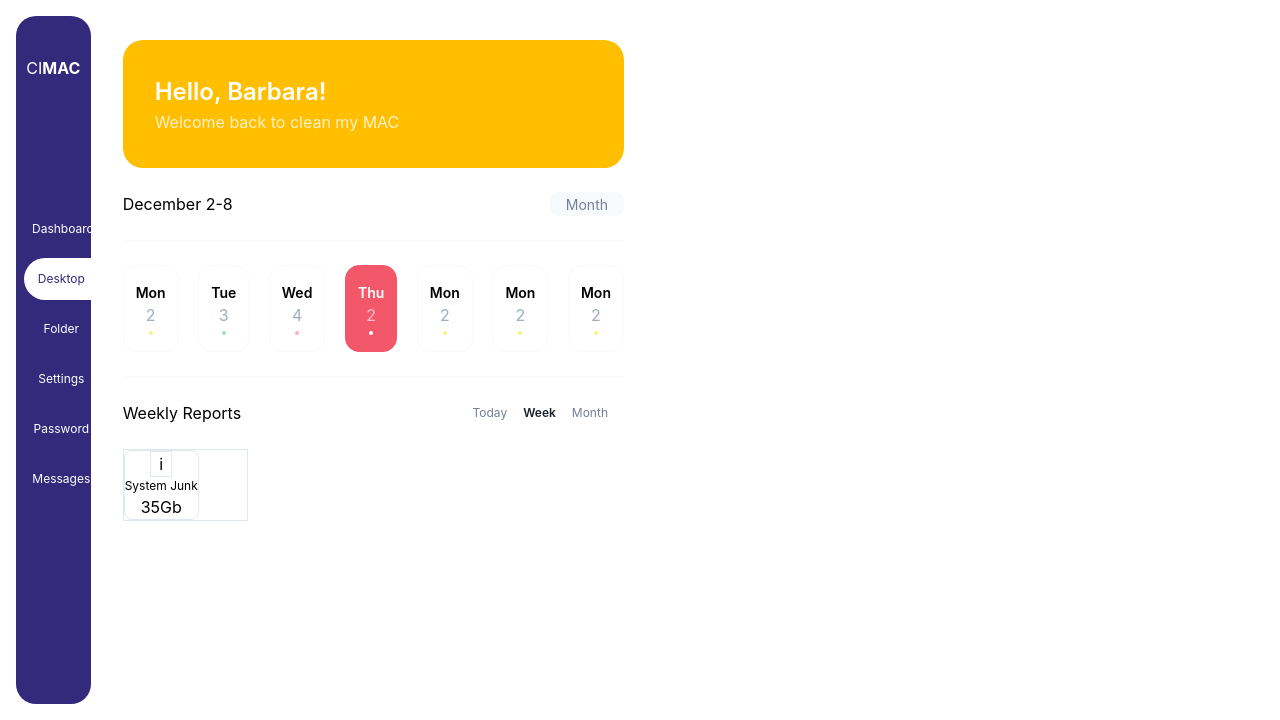
Repository: charleyvibez/experiment-Utility-software-UI
Page: index.html
The author's editor kept a copy of each file at every save. The page is drawn from the files as they stood at one save, then again after a run of saves.
The browser window is 1280 px wide. The pictures show the whole page.

Above is the page before, as saved 2020-03-18 00:45:16.

### index.html
<!DOCTYPE html>
<html lang="en">
<head>
  <meta charset="UTF-8">
  <meta name="viewport" content="width=device-width, initial-scale=1.0">

  <link rel="stylesheet" href="tailwind.css">
  <link rel="stylesheet" href="index.css">
  <title>Document</title>
</head>
<body>
  <section class="flex">
     <aside class="w-1/12 p-4 h-screen">
      <div class="aside-container bg-gray-100 rounded-xl flex flex-col items-center h-full">
        <div class="logo pt-10 text-white">
          <h3>CI<span class="font-bold">MAC</span></h3>
        </div>

      <nav class="flex flex-col items-center text-xs mt-32 text-center text-white w-full pl-2">
        <div class="nav-item w-full pl-2 py-3 mb-2">Dashboard</div>
        <div class="nav-item w-full pl-2 py-3 mb-2 active-nav">Desktop</div>
        <div class="nav-item w-full pl-2 py-3 mb-2">Folder</div>
        <div class="nav-item w-full pl-2 py-3 mb-2">Settings</div>
        <div class="nav-item w-full pl-2 py-3 mb-2">Password</div>
        <div class="nav-item w-full pl-2 py-3 mb-2">Messages</div>
      </nav>
      </div>

    </aside>

  <main class="w-5/12 p-4 h-screen pt-10">
    <div class="main-container">
      <div class="hello p-8 h-32 yellow-bg rounded-xl flex flex-col justify-center">
        <h1 class="text-2xl font-semibold text-white">Hello, Barbara!</h1>
        <p class="yellow-text-support">Welcome back to clean my MAC</p>
      </div>
      <div class="date">
        <div class="heading flex justify-between border-b border-gray-100 py-6">
          <div class="heading-date-range">
            <Span> December 2-8</Span>
          </div>
          <div class="heading-month bg-gray-100 px-4 rounded-lg flex items-center">
            <span class="inline-block text-sm text-gray-600">Month</span>
          </div>
        </div>
        <div class="days flex justify-between py-6  border-b border-gray-100">
          <div class="day flex flex-col items-center py-4 px-3 border border-gray-100 rounded-lg">
            <h3 class="font-semibold text-sm">Mon</h3>
            <span class="text-gray-500">2</span>
            <span class="w-1 h-1 bg-yellow-300 rounded-full mt-1"></span>
          </div>
          <div class="day flex flex-col items-center py-4 px-3 border border-gray-100 rounded-lg">
            <h3 class="font-semibold text-sm">Tue</h3>
            <span class="text-gray-500">3</span>
            <span class="w-1 h-1 bg-green-300 rounded-full mt-1"></span>
          </div>
          <div class="day flex flex-col items-center py-4 px-3 border border-gray-100 rounded-lg">
            <h3 class="font-semibold text-sm">Wed</h3>
            <span class="text-gray-500">4</span>
            <span class="w-1 h-1 bg-red-300 rounded-full mt-1"></span>
          </div>
          <div class="day flex flex-col items-center py-4 px-3 border border-gray-100 rounded-lg active-day">
            <h3 class="font-semibold text-sm">Thu</h3>
            <span class="inline-block text-gray-500 day-number">2</span>
            <span class="inline-block w-1 h-1 bg-yellow-300 rounded-full mt-1 day-indicator"></span>
          </div>
          <div class="day flex flex-col items-center py-4 px-3 border border-gray-100 rounded-lg">
            <h3 class="font-semibold text-sm">Mon</h3>
            <span class="text-gray-500">2</span>
            <span class="w-1 h-1 bg-yellow-300 rounded-full mt-1"></span>
          </div>
          <div class="day flex flex-col items-center py-4 px-3 border border-gray-100 rounded-lg">
            <h3 class="font-semibold text-sm">Mon</h3>
            <span class="text-gray-500">2</span>
            <span class="w-1 h-1 bg-yellow-300 rounded-full mt-1"></span>
          </div>
          <div class="day flex flex-col items-center py-4 px-3 border border-gray-100 rounded-lg">
            <h3 class="font-semibold text-sm">Mon</h3>
            <span class="text-gray-500">2</span>
            <span class="w-1 h-1 bg-yellow-300 rounded-full mt-1"></span>
          </div>
        </div>
      </div>

       <div class="Reports">
        <div class="heading flex justify-between  py-6">
          <div class="heading-date-range">
            <Span class="font-normal"> Weekly Reports</Span>
          </div>
          <div class="heading-reports  px-4 rounded-lg flex items-center">
            <span class="inline-block text-gray-600 text-xs">Today</span>
            <span class="inline-block text-gray-900 ml-4 text-xs font-semibold">Week</span>
            <span class="inline-block text-gray-600 ml-4 text-xs">Month</span>
          </div>


        </div>
        <div class="junks">
          <div class="system-junk w-1/4 border flex items-center">
           <div class="bg-white rounded-lg flex flex-col items-center border">
             <span class="junk-icon inline-block px-2 border">
              i
            </span>
            <h6 class="text-xs">System Junk</h6>
            <span>35Gb</span>
           </div>
          </div>
        </div>
       </div>
    </div>
  </main>
  </section>

</body>
</html>

### index.css
* {
  margin: 0;
  padding: 0;
  box-sizing: border-box;
}

.aside-container {
  background: #332a7b;
}
.active-nav {
  position: relative;
  background:white;
  color: #332a7b;
  border-bottom-left-radius: 30px;
  border-top-left-radius: 30px;
}

/* .active-nav:before {
  position: absolute;
  content: '';
  height: 30px;
  width: 30px;
  border-radius: 50%;
  top: -25px;
  right: 0;
  background: #332a7b;
} */

.rounded-xl {
  border-radius: 20px
}

.yellow-bg {
  background: #ffbf00;
}
.yellow-text-support {
  color: #fff1c5
}

.day {
  border-radius: 14px;
}

.active-day {
  background: #f2586a;
  border: 1px solid #f2586a
}

.active-day h3 {
  color: white;
  ;
}
.active-day .day-number {
  color: #ffbec6;
}
.active-day .day-indicator {
  background: white;
}

Loaded but not shown: tailwind.css (library)

After the next 4 saves:
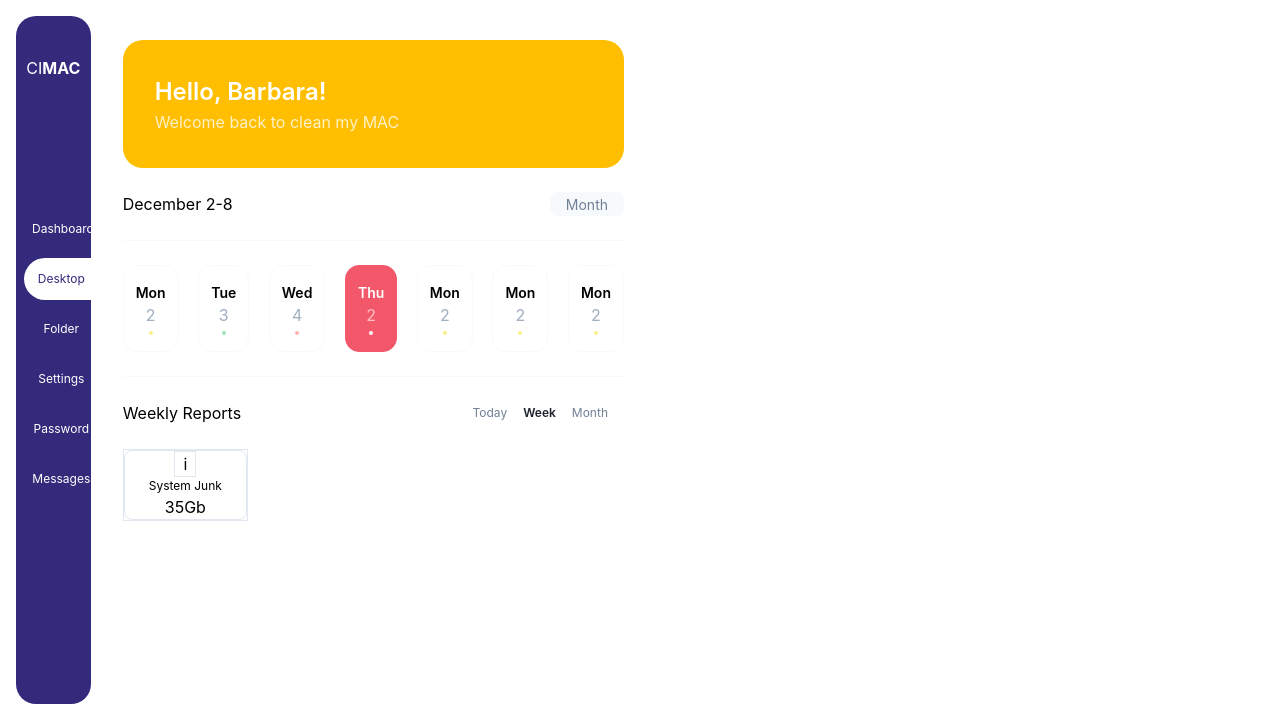
The 4 saves are shown as one change because they came seconds apart.
The last was saved 8 s later.
--- a/index.html
+++ b/index.html
@@ -97,7 +97,7 @@
         </div>
         <div class="junks">
           <div class="system-junk w-1/4 border flex items-center">
-           <div class="bg-white rounded-lg flex flex-col items-center border">
+           <div class="bg-white rounded-lg flex flex-col items-center border w-full">
              <span class="junk-icon inline-block px-2 border">
               i
             </span>
